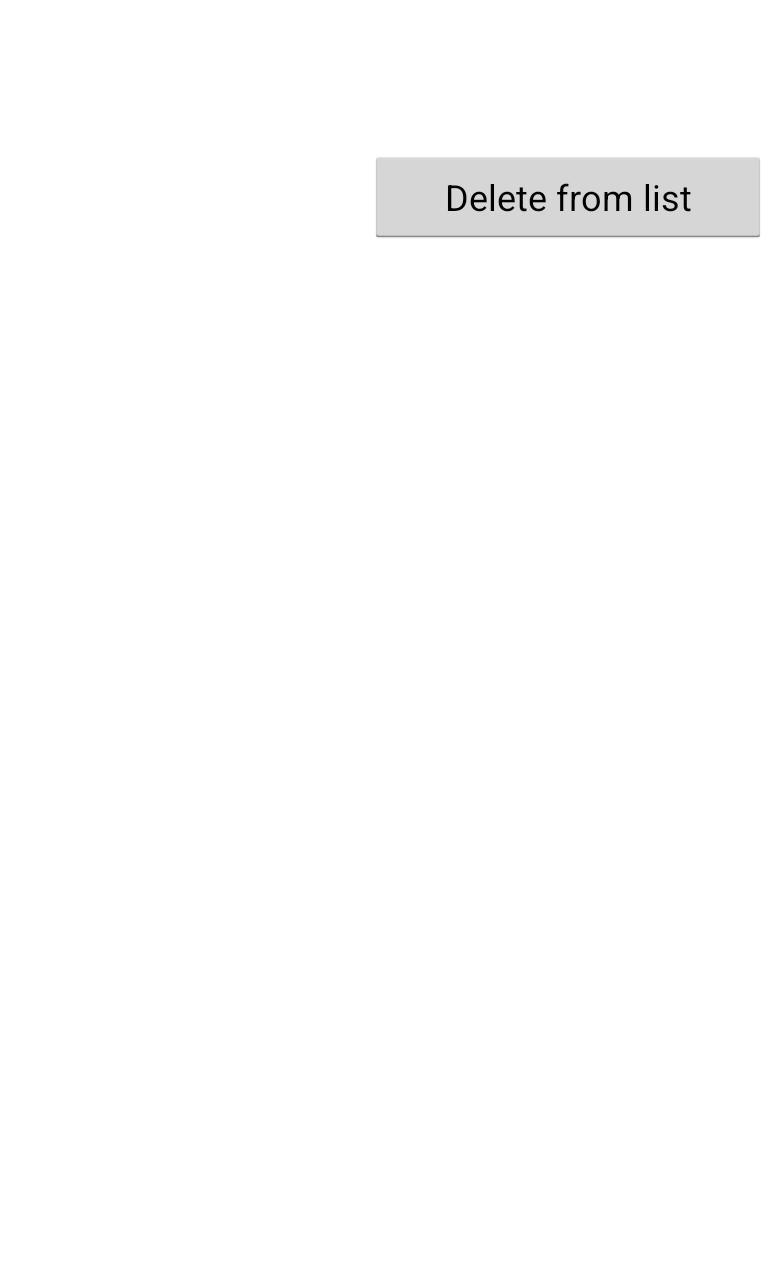
Repository: harvard-lil/wtwba-android-app
Layout: wtwba/res/layout/activity_scan_error.xml
The author's editor kept a copy of each file at every save. The layout is drawn from the files as they stood at one save, then again after the next save.
It is drawn on a 768 x 1280 px phone screen (xhdpi) without system bars, with theme AppTheme; the app's code is not run.

Above is the layout before, as saved 2013-03-18 16:36:22.

### wtwba/res/layout/activity_scan_error.xml
<?xml version="1.0" encoding="utf-8"?>
<LinearLayout xmlns:android="http://schemas.android.com/apk/res/android"
    android:layout_width="fill_parent"
    android:layout_height="fill_parent"
    android:layout_margin="15dip"
    android:orientation="vertical" >

    <TextView
        android:layout_width="fill_parent"
        android:layout_height="wrap_content"
        android:layout_marginTop="15dip"
        android:layout_marginBottom="35dip"
        android:textAppearance="?android:attr/textAppearanceMedium"
         />

    <Button
        android:layout_width="200dp"
        android:layout_height="wrap_content"
        android:layout_gravity="right"
        android:text="@string/button_confirm_delete"
        android:onClick="scanItem"
        android:onClick="keyItem"/>
</LinearLayout>

### wtwba/res/values/strings.xml
<?xml version="1.0" encoding="utf-8"?>
<resources>

    <string name="app_name">wtwba</string>
    <string name="main_activity_title">Where the Wild Books Are</string>
    <string name="activity_item_details_title">Wild Books</string>
    <string name="activity_scan_title">Wild Books</string>
    <string name="activity_manage_user_title">Manage user key</string>
    <string name="activity_location_title">Select your current location</string>
    <string name="user_name_box_label">Enter your assigned user key</string>
    <string name="edit_message">Enter a message</string>
    <string name="loading_message">Loading</string>


    <string name="button_confirm_delete">Delete from list</string>
    <string name="activity_delete_title">Delete from list</string>

    <string name="button_scan">Scan</string>
    <string name="button_item_confrim">Return home</string>
    <string name="button_add">Add to list</string>
    <string name="button_save_user_name">Save user key</string>
    <string name="menu_settings">Settings</string>
    <string name="title_activity_main">MainActivity</string>
    <string name="hello_world">Hello world!</string>
    <string name="title_holder">Sample Title Here</string>
    <string name="connection_error">Unable to connect to network</string>
    <string name="title_activity_display_message">DisplayMessageActivity</string>
    <string name="empty_list">You haven\'t added any items.</string>

</resources>

Loaded but not shown: wtwba/res/values-v11/styles.xml (common file); wtwba/res/values-v14/styles.xml (common file); wtwba/res/values/styles.xml (common file)

After the next save:
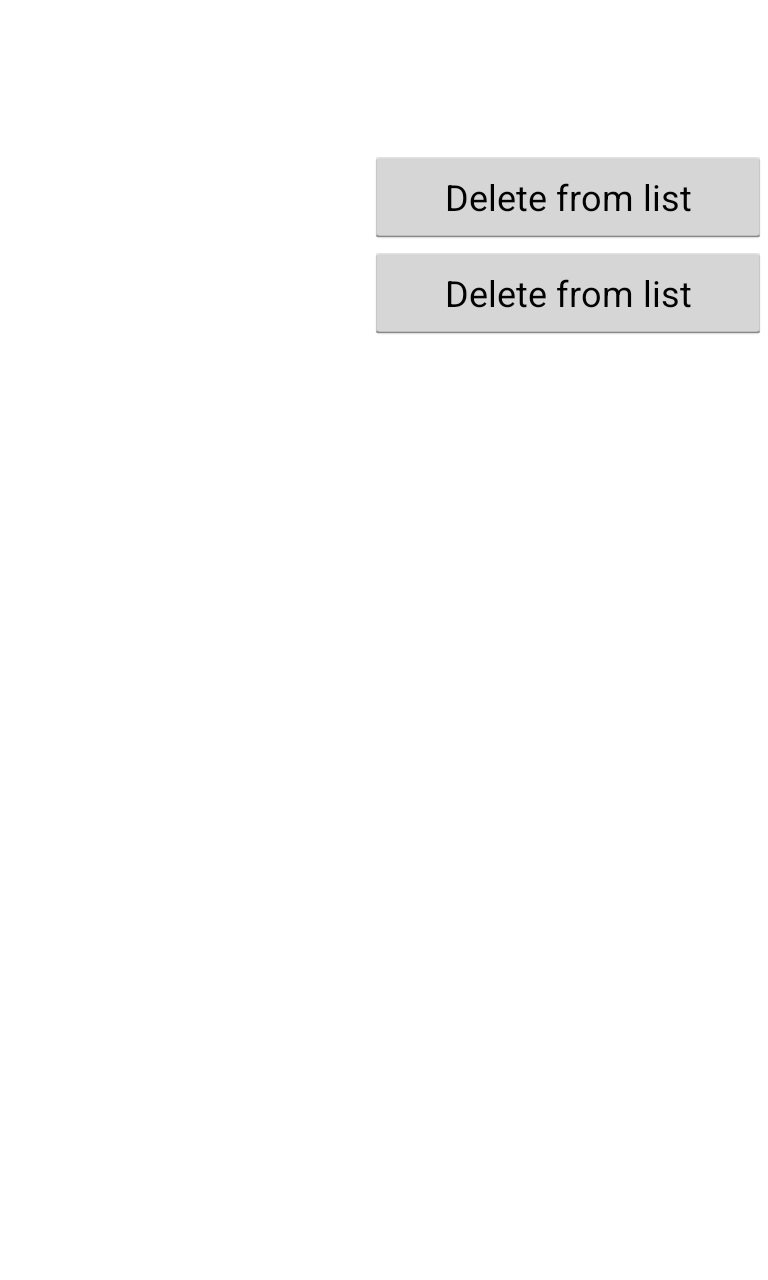
Saved 18 s later.
--- a/wtwba/res/layout/activity_scan_error.xml
+++ b/wtwba/res/layout/activity_scan_error.xml
@@ -20,4 +20,10 @@
         android:text="@string/button_confirm_delete"
         android:onClick="scanItem"
         android:onClick="keyItem"/>
+    <Button
+        android:layout_width="200dp"
+        android:layout_height="wrap_content"
+        android:layout_gravity="right"
+        android:text="@string/button_confirm_delete"
+        android:onClick="scanItem"/>
 </LinearLayout>
